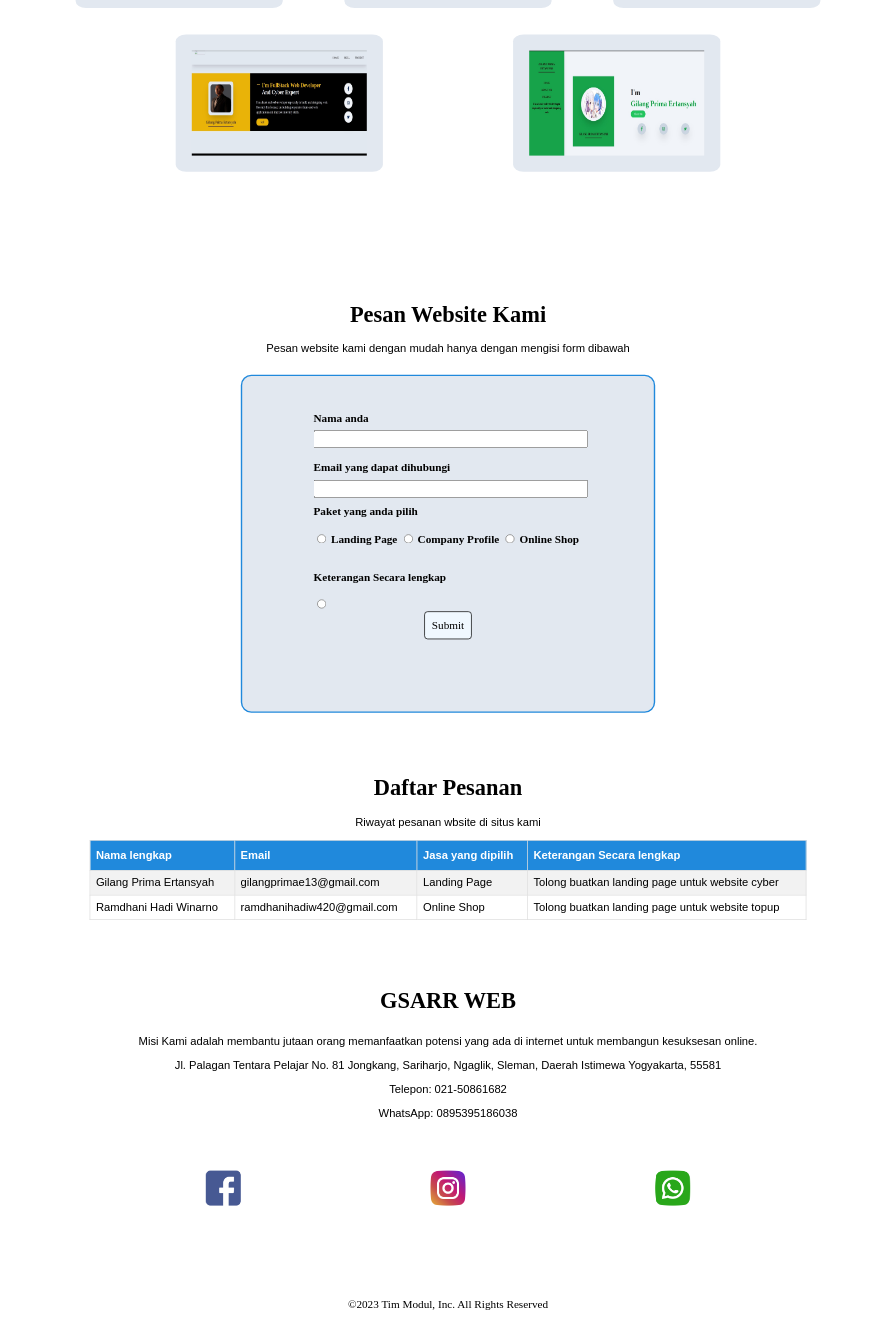
Repository: zecht12/TimModul
Page: TimModul.html
These files come from the project's save history. The page is drawn as it stood at one moment and after the next save; the edit follows.
The browser window is 1280 px wide. The pictures show the part of the page from y = 2475 to 4395 px (the page is 4360 px tall before and 4395 px after), at 70% of full size.

Above is the page before, as saved 2023-04-27 19:17:19.

After the next save:
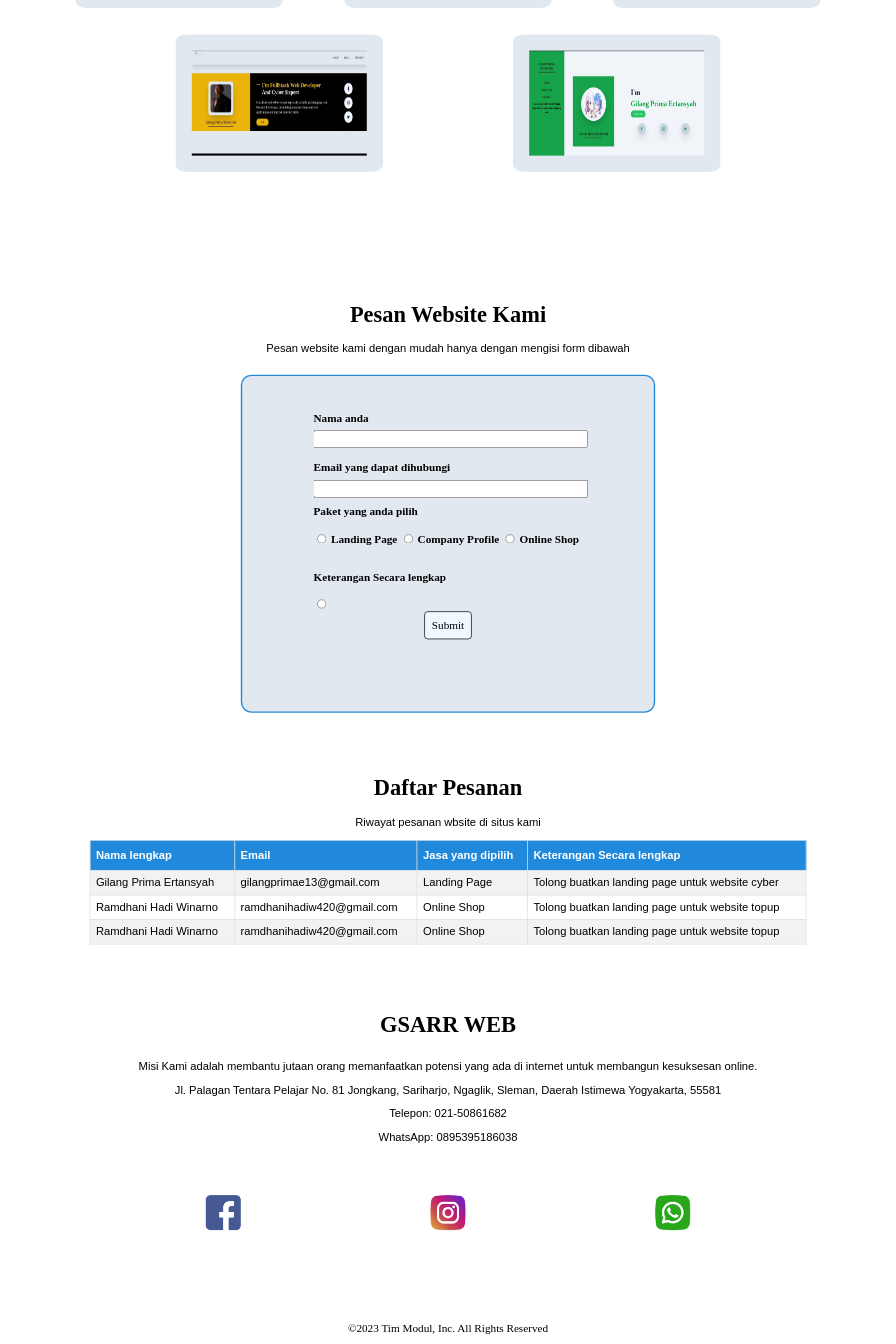
Saved 19 s later.
--- a/TimModul.html
+++ b/TimModul.html
@@ -262,6 +262,12 @@
                 <td>Online Shop</td>
                 <td>Tolong buatkan landing page untuk website topup</td>
             </tr>
+            <tr>
+                <td>Ramdhani Hadi Winarno</td>
+                <td>ramdhanihadiw420@gmail.com</td>
+                <td>Online Shop</td>
+                <td>Tolong buatkan landing page untuk website topup</td>
+            </tr>
         </table>
     </div>
     <div style="height: 70vh; width: 100%; background-color: white; margin: auto; justify-content: center; align-items: center;">
